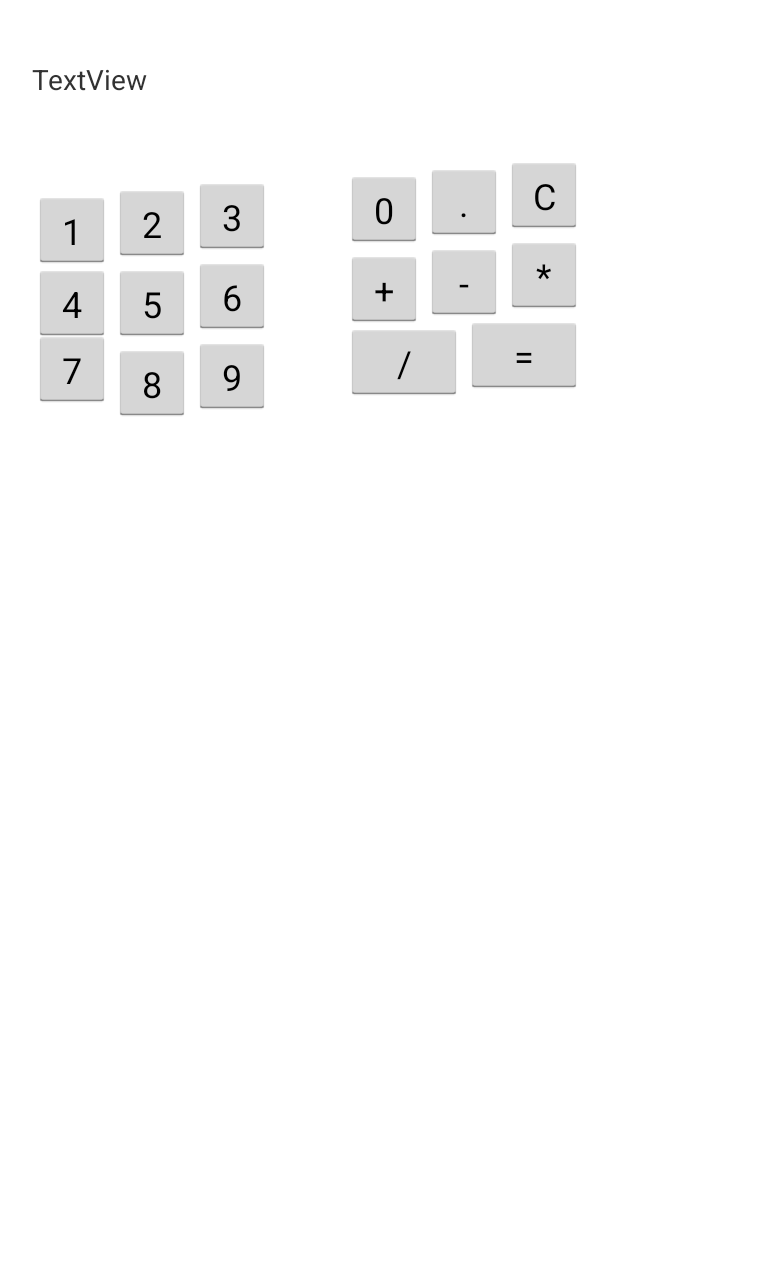
Repository: khushboop-optimus/Android-Assignment
Layout: calculator/res/layout/activity_main.xml
An editor plug-in stored every save of this project. The layout is shown before and after the next save, followed by the edit.
It is drawn on a 768 x 1280 px phone screen (xhdpi) without system bars, with theme AppTheme; the app's code is not run.

Above is the layout before, as saved 2013-09-13 04:45:11.

### calculator/res/layout/activity_main.xml
<RelativeLayout xmlns:android="http://schemas.android.com/apk/res/android"
    xmlns:tools="http://schemas.android.com/tools"
    android:layout_width="match_parent"
    android:layout_height="match_parent"
    android:paddingBottom="@dimen/activity_vertical_margin"
    android:paddingLeft="@dimen/activity_horizontal_margin"
    android:paddingRight="@dimen/activity_horizontal_margin"
    android:paddingTop="@dimen/activity_vertical_margin"
    tools:context=".MainActivity" >


            <Button
                android:id="@+id/2"
                android:layout_width="40dp"
                android:layout_height="40dp"
                android:layout_alignBaseline="@+id/1"
                android:layout_alignBottom="@+id/1"
                android:layout_toRightOf="@+id/1"
                android:text="2" />

            <Button
                android:id="@+id/4"
                android:layout_width="40dp"
                android:layout_height="40dp"
                android:layout_below="@+id/2"
                android:layout_toLeftOf="@+id/2"
                android:text="4" />

            <Button
                android:id="@+id/5"
                android:layout_width="40dp"
                android:layout_height="40dp"
                android:layout_below="@+id/2"
                android:layout_toRightOf="@+id/1"
                android:text="5" />

            <TextView
                android:id="@+id/textView1"
                android:layout_width="500dp"
                android:layout_height="40dp"
                android:layout_alignParentTop="true"
                android:layout_marginTop="14dp"
                android:text="TextView" />

            <Button
                android:id="@+id/1"
                android:layout_width="40dp"
                android:layout_height="40dp"
                android:layout_alignLeft="@+id/textView1"
                android:layout_below="@+id/textView1"
                android:layout_marginTop="25dp"
                android:clickable="true"
                android:onClick="@string/1"
                android:text="1" />

            <Button
                android:id="@+id/Button01"
                android:layout_width="40dp"
                android:layout_height="40dp"
                android:layout_alignBaseline="@+id/3"
                android:layout_alignBottom="@+id/3"
                android:layout_centerHorizontal="true"
                android:text="0" />

            <Button
                android:id="@+id/Button02"
                android:layout_width="40dp"
                android:layout_height="40dp"
                android:layout_alignBaseline="@+id/Button01"
                android:layout_alignBottom="@+id/Button01"
                android:layout_toRightOf="@+id/Button01"
                android:text="." />

            <Button
                android:id="@+id/Button03"
                android:layout_width="40dp"
                android:layout_height="40dp"
                android:layout_alignBaseline="@+id/Button02"
                android:layout_alignBottom="@+id/Button02"
                android:layout_toRightOf="@+id/Button02"
                android:text="C" />

            <Button
                android:id="@+id/Button05"
                android:layout_width="40dp"
                android:layout_height="40dp"
                android:layout_alignBaseline="@+id/Button04"
                android:layout_alignBottom="@+id/Button04"
                android:layout_toLeftOf="@+id/Button03"
                android:text="-" />

            <Button
                android:id="@+id/Button06"
                android:layout_width="40dp"
                android:layout_height="40dp"
                android:layout_alignBaseline="@+id/Button05"
                android:layout_alignBottom="@+id/Button05"
                android:layout_alignLeft="@+id/Button03"
                android:text="*" />

            <Button
                android:id="@+id/7"
                android:layout_width="40dp"
                android:layout_height="40dp"
                android:layout_alignBaseline="@+id/9"
                android:layout_alignBottom="@+id/9"
                android:layout_alignParentLeft="true"
                android:text="7" />

            <Button
                android:id="@+id/9"
                android:layout_width="40dp"
                android:layout_height="40dp"
                android:layout_alignBaseline="@+id/8"
                android:layout_alignBottom="@+id/8"
                android:layout_toRightOf="@+id/5"
                android:text="9" />

            <Button
                android:id="@+id/8"
                android:layout_width="40dp"
                android:layout_height="40dp"
                android:layout_below="@+id/5"
                android:layout_toLeftOf="@+id/9"
                android:text="8" />

            <Button
                android:id="@+id/3"
                android:layout_width="40dp"
                android:layout_height="40dp"
                android:layout_alignBaseline="@+id/2"
                android:layout_alignBottom="@+id/2"
                android:layout_toRightOf="@+id/2"
                android:text="3" />

            <Button
                android:id="@+id/6"
                android:layout_width="40dp"
                android:layout_height="40dp"
                android:layout_above="@+id/9"
                android:layout_toRightOf="@+id/5"
                android:text="6" />

            <Button
                android:id="@+id/Button04"
                android:layout_width="40dp"
                android:layout_height="40dp"
                android:layout_alignLeft="@+id/Button01"
                android:layout_below="@+id/Button01"
                android:text="+" />

            <Button
                android:id="@+id/Button08"
                android:layout_width="60dp"
                android:layout_height="40dp"
                android:layout_alignBaseline="@+id/Button07"
                android:layout_alignBottom="@+id/Button07"
                android:layout_alignRight="@+id/Button06"
                android:text="=" />

            <Button
                android:id="@+id/Button07"
                android:layout_width="60dp"
                android:layout_height="40dp"
                android:layout_alignLeft="@+id/Button04"
                android:layout_below="@+id/Button05"
                android:text="/" />

</RelativeLayout>

### calculator/res/values/strings.xml
<?xml version="1.0" encoding="utf-8"?>
<resources>

    <string name="app_name">calculator</string><string name="action_settings">Settings</string><string name="0">0</string><string name="1">1</string><string name="2">2</string><string name="3">3</string><string name="4">4</string><string name="5">5</string><string name="6">6</string><string name="7">7</string><string name="8">8</string><string name="9">9</string><string name="+">+</string><string name="-">-</string><string name="*">*</string><string name="/">/</string><string name="=">=</string><string name="a">a</string><item name="1" format="integer" type="integer">1</item><string name="hello_world">Hello world!</string>
























</resources>

Loaded but not shown: calculator/res/values/styles.xml (common file); calculator/res/values-v11/styles.xml (common file); calculator/res/values-v14/styles.xml (common file); calculator/res/values/dimens.xml (common file)

After the next save:
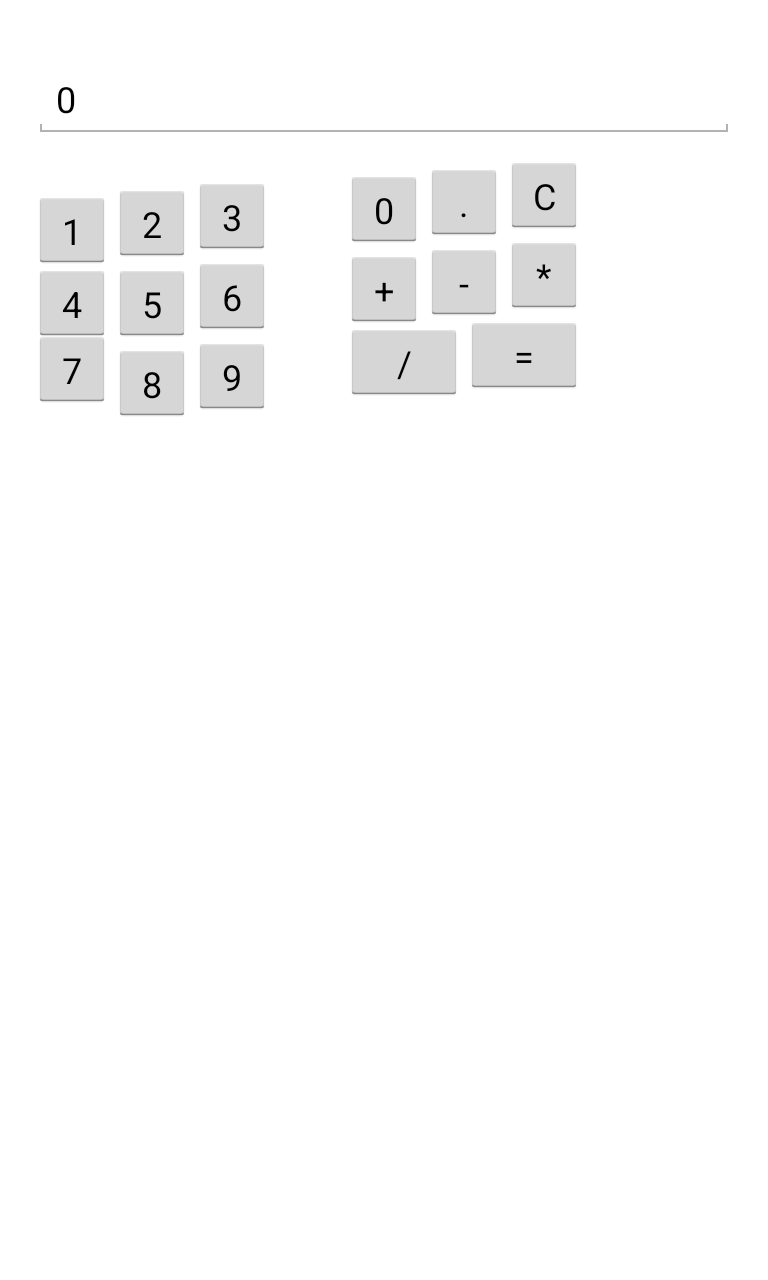
Saved 115 s later.
--- a/calculator/res/layout/activity_main.xml
+++ b/calculator/res/layout/activity_main.xml
@@ -34,13 +34,13 @@
                 android:layout_toRightOf="@+id/1"
                 android:text="5" />
 
-            <TextView
+            <EditText
                 android:id="@+id/textView1"
                 android:layout_width="500dp"
                 android:layout_height="40dp"
                 android:layout_alignParentTop="true"
                 android:layout_marginTop="14dp"
-                android:text="TextView" />
+                android:text="0" />
 
             <Button
                 android:id="@+id/1"
